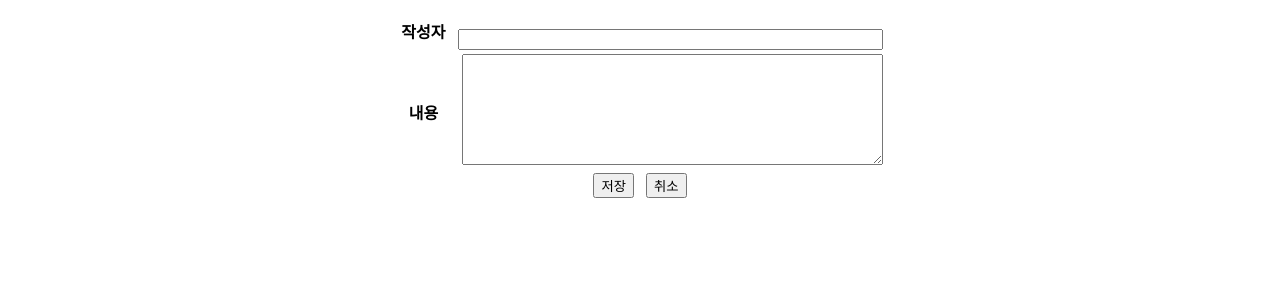
Repository: kr1124/jsp
Page: ServletProject/src/main/webapp/bbs/write.html
These files come from the project's save history. The page is drawn as it stood at one moment and after the next save; the edit follows.
The browser window is 1280 px wide. The pictures show the whole page.

Above is the page before, as saved 2024-12-03 02:14:15.

After the next save:
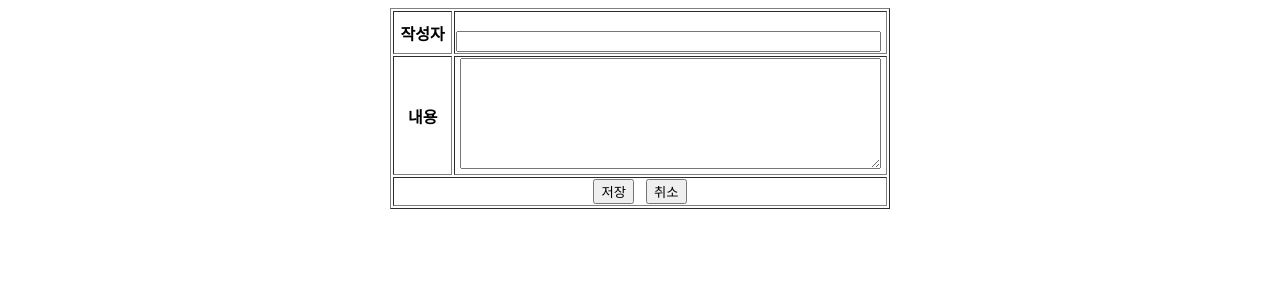
Saved 21 min 10 s later.
--- a/ServletProject/src/main/webapp/bbs/write.html
+++ b/ServletProject/src/main/webapp/bbs/write.html
@@ -6,7 +6,7 @@
 </head>
 <body>
 	<form action="/VisitInsert" method="post">
-		<table align="center" width="500", bor>
+		<table align="center" width="500", border="1">
 			<tr>
 				<th width="70"> 작성자 </th>
 				<td width="430">
